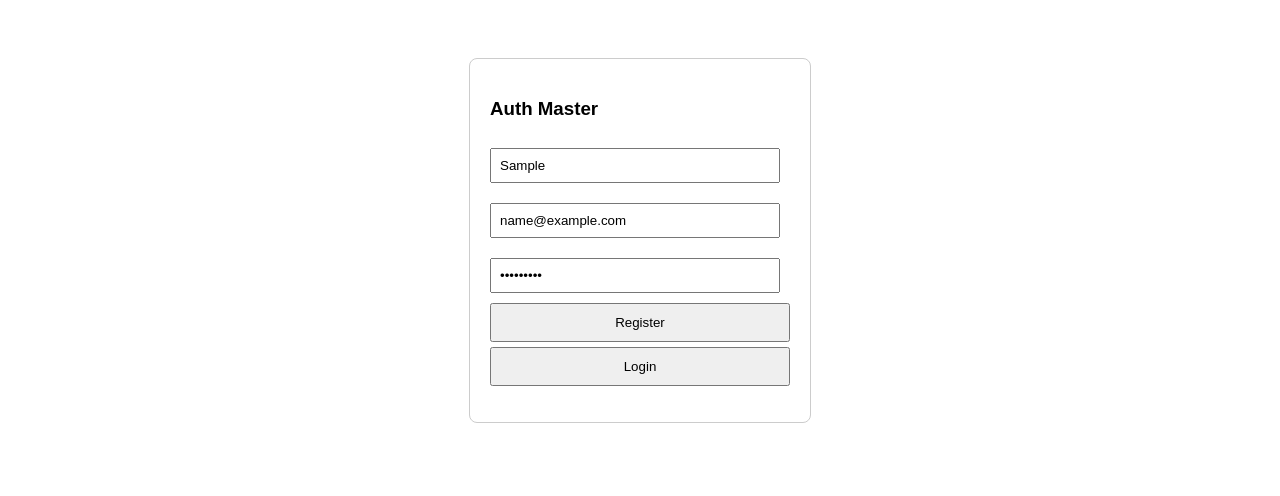
Repository: Amann-Raj/Backend
Page: RBAC-App/frontend/index.html
These files come from the project's save history. The page is drawn as it stood at one moment and after the next save; the edit follows.
The browser window is 1280 px wide. The pictures show the whole page.
Empty fields were first filled with sample values (such as "Sample", 5 or name@example.com).
After loading, the first visible `button` was clicked once.
The page's requests for data from a server got no answer.

Above is the page before, as saved 2026-01-28 21:18:28.
Console error: ReferenceError: handleAuth is not defined

### RBAC-App/frontend/index.html
<!DOCTYPE html>
<html lang="en">
<head>
    <meta charset="UTF-8">
    <title>Auth Test</title>
    <style>
        body { font-family: sans-serif; display: flex; justify-content: center; padding: 50px; }
        .card { border: 1px solid #ccc; padding: 20px; border-radius: 8px; width: 300px; }
        input { width: 90%; margin: 10px 0; padding: 8px; }
        button { width: 100%; padding: 10px; cursor: pointer; }
    </style>
</head>
<body>
    <div class="card">
        <h3>Auth Master</h3>
        <input type="text" id="name" placeholder="Name (for Register)">
        <input type="email" id="email" placeholder="Email">
        <input type="password" id="password" placeholder="Password">
        <button onclick="handleAuth('register')">Register</button>
        <button style="margin-top:5px" onclick="handleAuth('login')">Login</button>
        <p id="status"></p>
    </div>
    <script src="script.js"></script>
</body>
</html>

### RBAC-App/frontend/script.js
async function auth(type) {
    const name = document.getElementById('name').value;
    const email = document.getElementById('email').value;
    const password = document.getElementById('password').value;

    const endpoint = type === 'login' ? 'login' : 'register';

    const res = await fetch(`http://localhost:5000/api/auth/${endpoint}`, {
        method: 'POST',
        headers: { 'Content-Type': 'application/json' },
        body: JSON.stringify({ name, email, password })
    });

    const data = await res.json();
    if (data.token) {
        localStorage.setItem('token', data.token); // Token save karna zaroori hai!
        document.getElementById('msg').innerText = "Success! Token saved.";
    } else {
        document.getElementById('msg').innerText = data.message;
    }
}

After the next save:
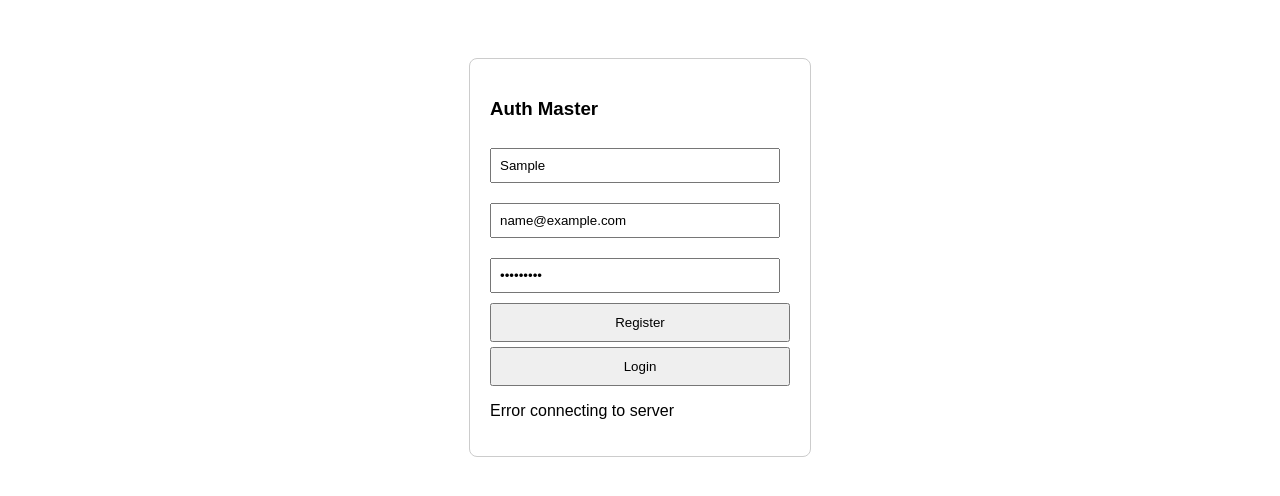
The error is gone.
Saved 9 s later.
--- a/RBAC-App/frontend/script.js
+++ b/RBAC-App/frontend/script.js
@@ -1,21 +1,26 @@
-async function auth(type) {
+const handleAuth = async (type) => {
     const name = document.getElementById('name').value;
     const email = document.getElementById('email').value;
     const password = document.getElementById('password').value;
+    const status = document.getElementById('status');
 
-    const endpoint = type === 'login' ? 'login' : 'register';
+    try {
+        const res = await fetch(`http://localhost:5000/api/auth/${type}`, {
+            method: 'POST',
+            headers: { 'Content-Type': 'application/json' },
+            body: JSON.stringify({ name, email, password })
+        });
 
-    const res = await fetch(`http://localhost:5000/api/auth/${endpoint}`, {
-        method: 'POST',
-        headers: { 'Content-Type': 'application/json' },
-        body: JSON.stringify({ name, email, password })
-    });
-
-    const data = await res.json();
-    if (data.token) {
-        localStorage.setItem('token', data.token); // Token save karna zaroori hai!
-        document.getElementById('msg').innerText = "Success! Token saved.";
-    } else {
-        document.getElementById('msg').innerText = data.message;
+        const data = await res.json();
+        if (res.ok) {
+            localStorage.setItem('token', data.token); // Browser storage mein token save
+            status.style.color = 'green';
+            status.innerText = `${type.toUpperCase()} Success! Token Saved.`;
+        } else {
+            status.style.color = 'red';
+            status.innerText = data.message;
+        }
+    } catch (err) {
+        status.innerText = "Error connecting to server";
     }
-}
+};
